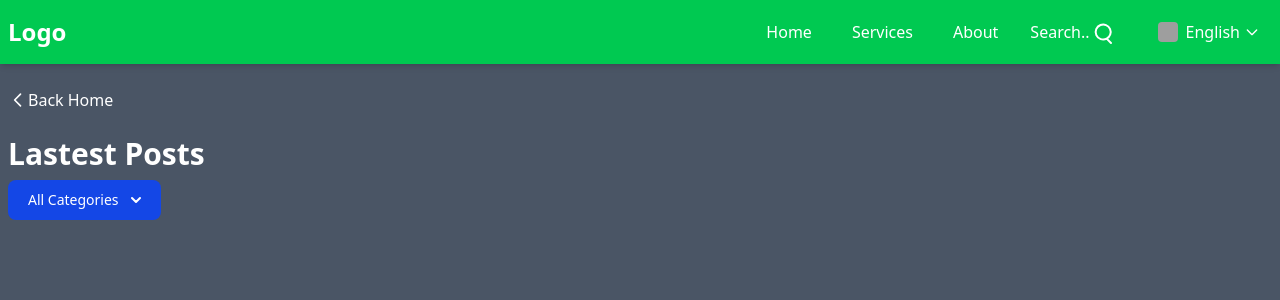
Repository: saroeuntola/we-share
Page: http://localhost/last-post
The author's editor kept a copy of each file at every save. The page is drawn from the files as they stood at one save, then again after a run of saves.
The browser window is 1280 px wide. The pictures show the whole page.
Pictures or frames that could not be fetched are drawn as grey boxes. The page is run by PHP 8.4 with error messages shown; the project is at /var/www/html/. Style sheets and scripts are compiled from the project's sources, by tool versions that may differ from the author's. Queries for data that is not in the repository find no rows.

Above is the page before, as saved 2025-08-28 19:47:15.

After the next 2 saves:
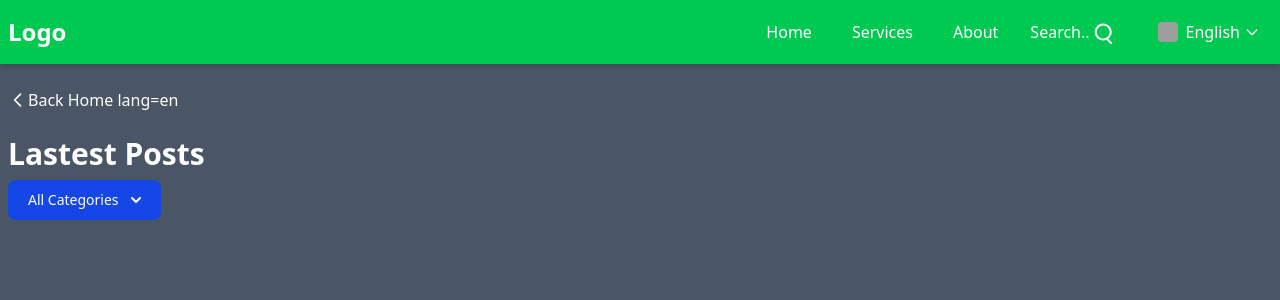
The 2 saves are shown as one change because they came seconds apart.
The last was saved 11 s later.
--- a/last-post.php
+++ b/last-post.php
@@ -61,7 +61,7 @@ usort($allPosts, fn($a, $b) => strtotime($b['created_at']) - strtotime($a['creat
     </header>
     <main class="max-w-7xl m-auto p-2 mt-[80px]">
         <div class="">
-            <a href="index?lang=<?= $lang?>"
+            <a href="index?lang=<?= $lang ?>"
                 class="inline-flex justify-end items-center text-white hover:text-green-400 transition mb-6">
                 <!-- Arrow Icon -->
                 <svg class="w-5 h-5" fill="none" stroke="currentColor" stroke-width="2"
@@ -69,6 +69,7 @@ usort($allPosts, fn($a, $b) => strtotime($b['created_at']) - strtotime($a['creat
                     <path stroke-linecap="round" stroke-linejoin="round" d="M15 19l-7-7 7-7" />
                 </svg>
                 Back Home
+                lang=<?= $lang ?>
             </a>
             <h1 class="lg:text-3xl text-2xl font-bold text-white">Lastest Posts</h1>
 
